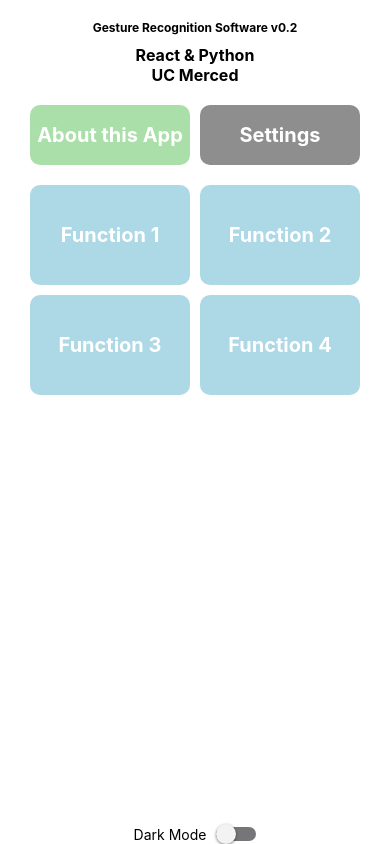
Repository: hajin-park/V-QUIP
Page: / (app in frontend/react-native-app/)
These files come from the project's save history. The page is drawn as it stood at one moment and after the next save; the edit follows.
The browser window is 390 px wide. The pictures show the whole page.
The app was drawn by React Native's web renderer in a window 390 px wide. The project was rebuilt for these pictures with package versions that can differ from the ones it lists, and the page was loaded fresh each time.

Above is the page before, as saved 2024-04-12 12:44:43.

After the next save:
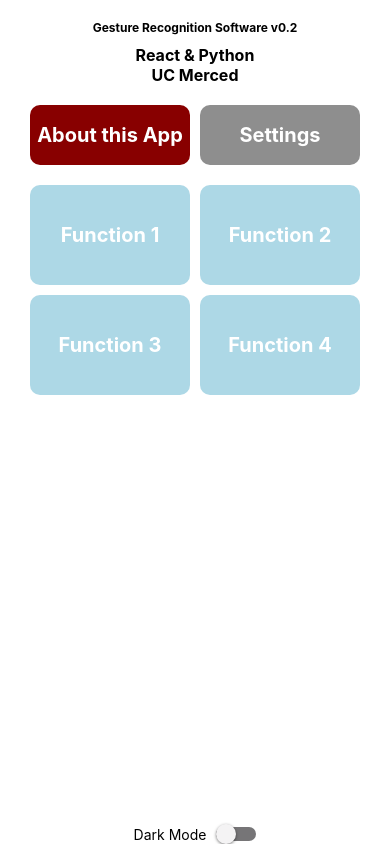
Saved 18 min 54 s later.
--- a/frontend/react-native-app/App.js
+++ b/frontend/react-native-app/App.js
@@ -143,7 +143,7 @@ const styles = StyleSheet.create({
   box2: {
     width: 160,
     height: 60,
-    backgroundColor: '#8e8e8e', // Light blue color
+    backgroundColor: '#8e8e8e', // Light gray color
     borderRadius: 10, // Rounded edges
     alignItems: 'center',
     justifyContent: 'center',
@@ -152,7 +152,7 @@ const styles = StyleSheet.create({
   box3: {
     width: 160,
     height: 60,
-    backgroundColor: '#ABDFA9', // Light blue color
+    backgroundColor: '#880000', // Light red color
     borderRadius: 10, // Rounded edges
     alignItems: 'center',
     justifyContent: 'center',
